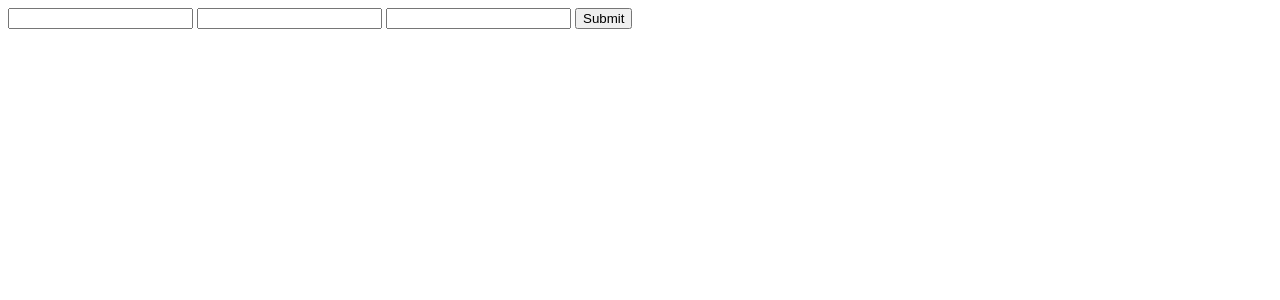
Repository: Vaidikk/RestfullWebServTest
Page: TribagoHotels/WebContent/addProduct.html
An editor plug-in stored every save of this project. The page is shown before and after the next save, followed by the edit.
The browser window is 1280 px wide. The pictures show the whole page.

Above is the page before, as saved 2019-07-25 06:11:49.

### TribagoHotels/WebContent/addProduct.html
<!DOCTYPE html>
<html>
<head>
<meta charset="ISO-8859-1">
<title>Insert title here</title>
</head>
<body>
	<form action="add">
		<input type="number" name="id">
		<input type="text" name="name">
		<input type="number" name="price">
		<input type="submit" value="Submit">
	</form>
</body>
</html>

After the next save:
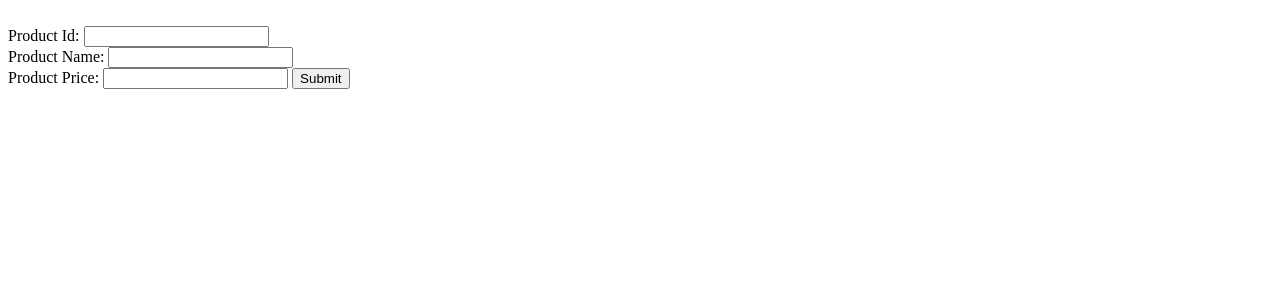
Saved 67 s later.
--- a/TribagoHotels/WebContent/addProduct.html
+++ b/TribagoHotels/WebContent/addProduct.html
@@ -6,9 +6,9 @@
 </head>
 <body>
 	<form action="add">
-		<input type="number" name="id">
-		<input type="text" name="name">
-		<input type="number" name="price">
+		<br>Product Id: <input type="number" name="id">
+		<br>Product Name: <input type="text" name="name">
+		<br>Product Price: <input type="number" name="price">
 		<input type="submit" value="Submit">
 	</form>
 </body>
